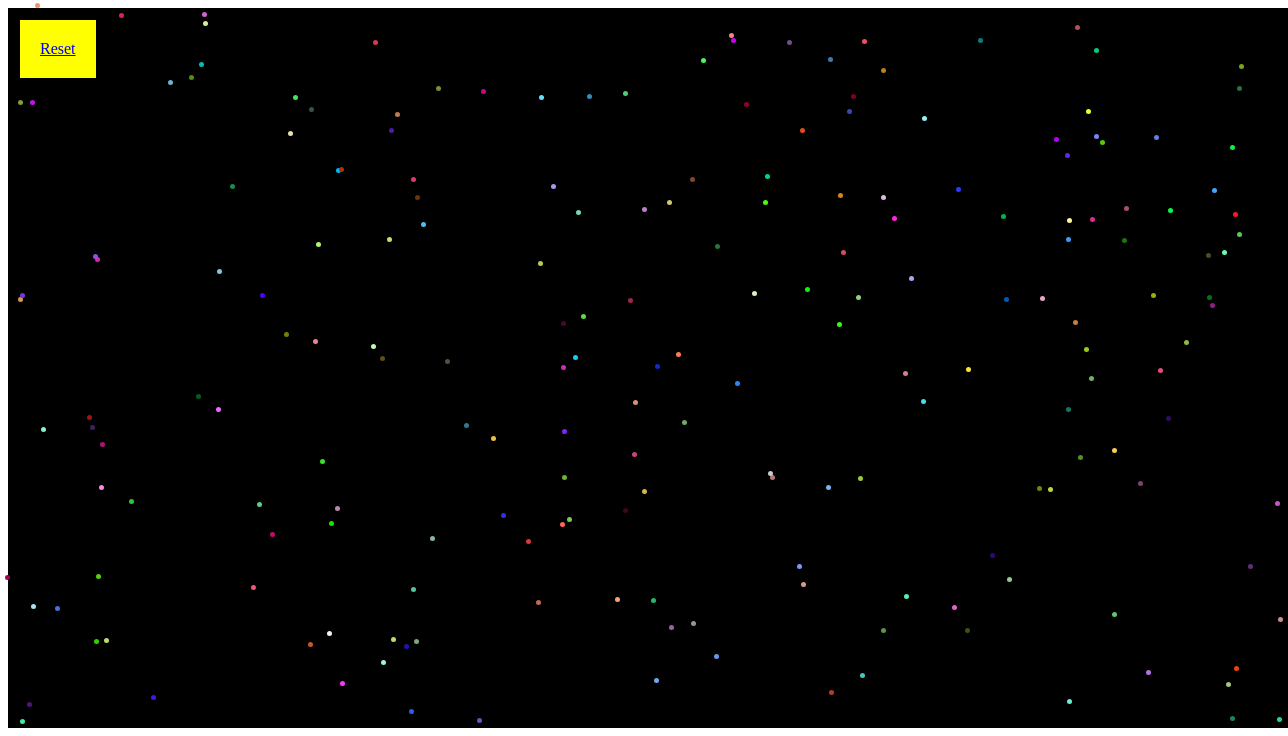
Repository: kamiour/Mouseeffect3
Page: index.html
An editor plug-in stored every save of this project. The page is shown before and after a run of saves, followed by the edit.
The browser window is 1280 px wide. The page is 1288 px wide, so the pictures cover 1288 px, including what lies to the right of the window. The pictures show the whole page.

Above is the page before, as saved 2019-11-03 15:56:27.

After the next 2 saves:
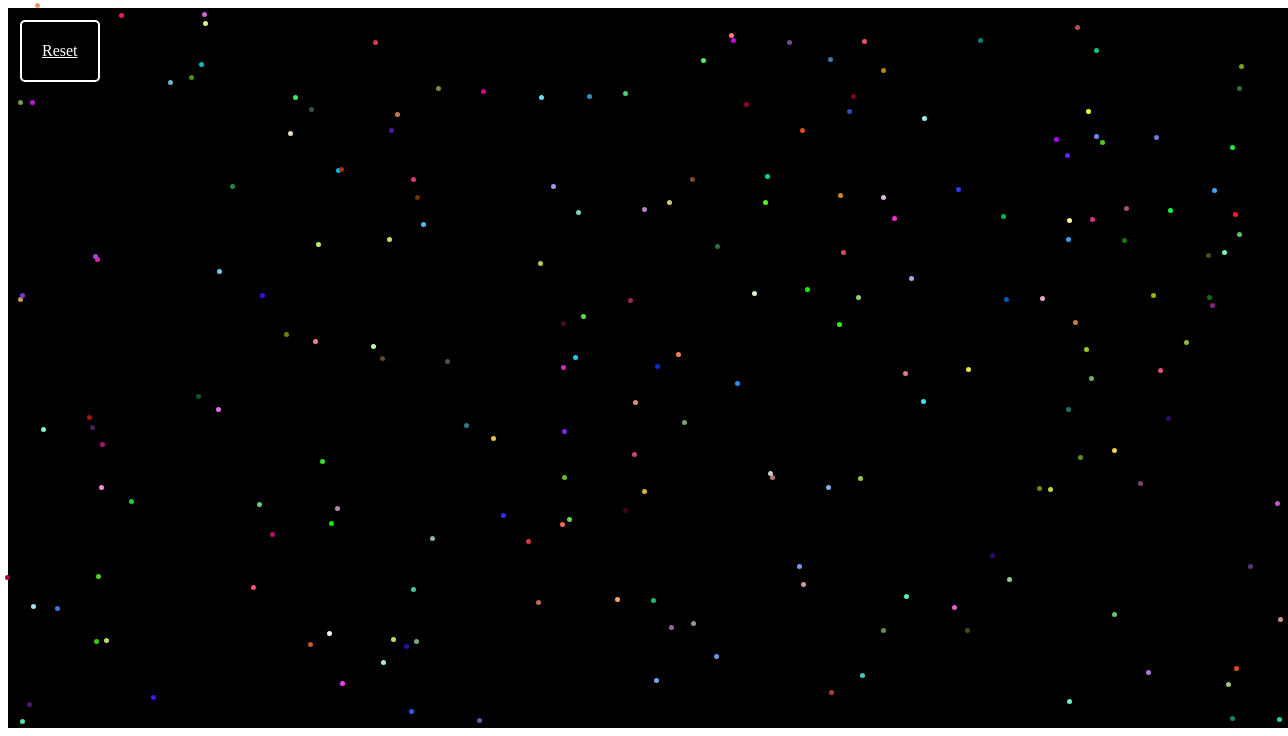
The 2 saves are shown as one change because they came seconds apart.
The last was saved 29 s later.
--- a/styles.css
+++ b/styles.css
@@ -16,5 +16,8 @@
   top: 20px;
   left: 20px;
   padding: 20px;
-  background-color: yellow;
+  background-color: transparent;
+  border: 2px solid white;
+  border-radius: 5px;
+  color: white;
 }
